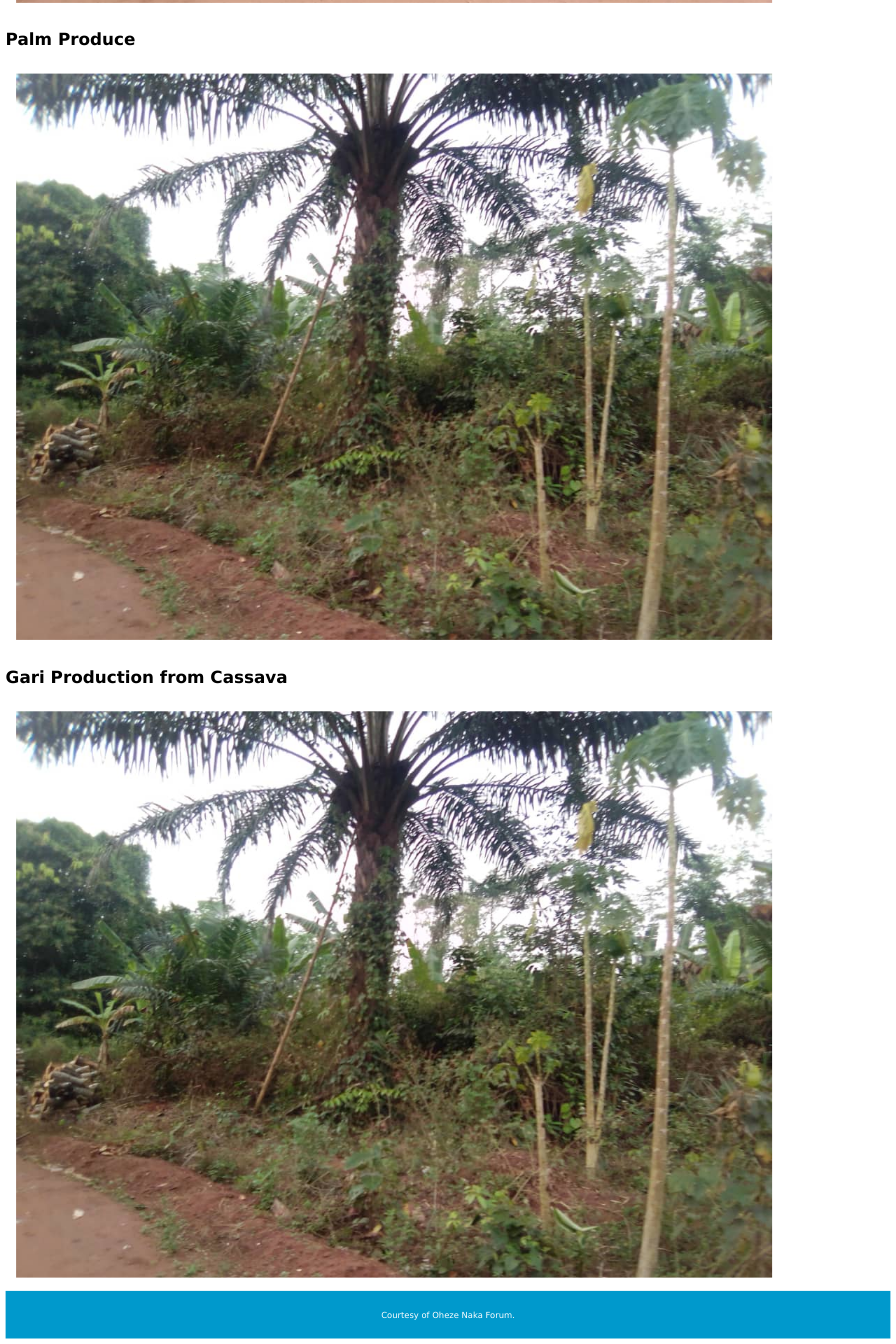
Repository: OtasowieRotimiOsifo/oheze-naka-forum
Page: economy.html
An editor plug-in stored every save of this project. The page is shown before and after the next save, followed by the edit.
The browser window is 1280 px wide. The pictures show the part of the page from y = 1143 to 3063 px (the page is 3063 px tall), at 70% of full size.

Above is the page before, as saved 2021-04-01 22:54:20.

After the next save:
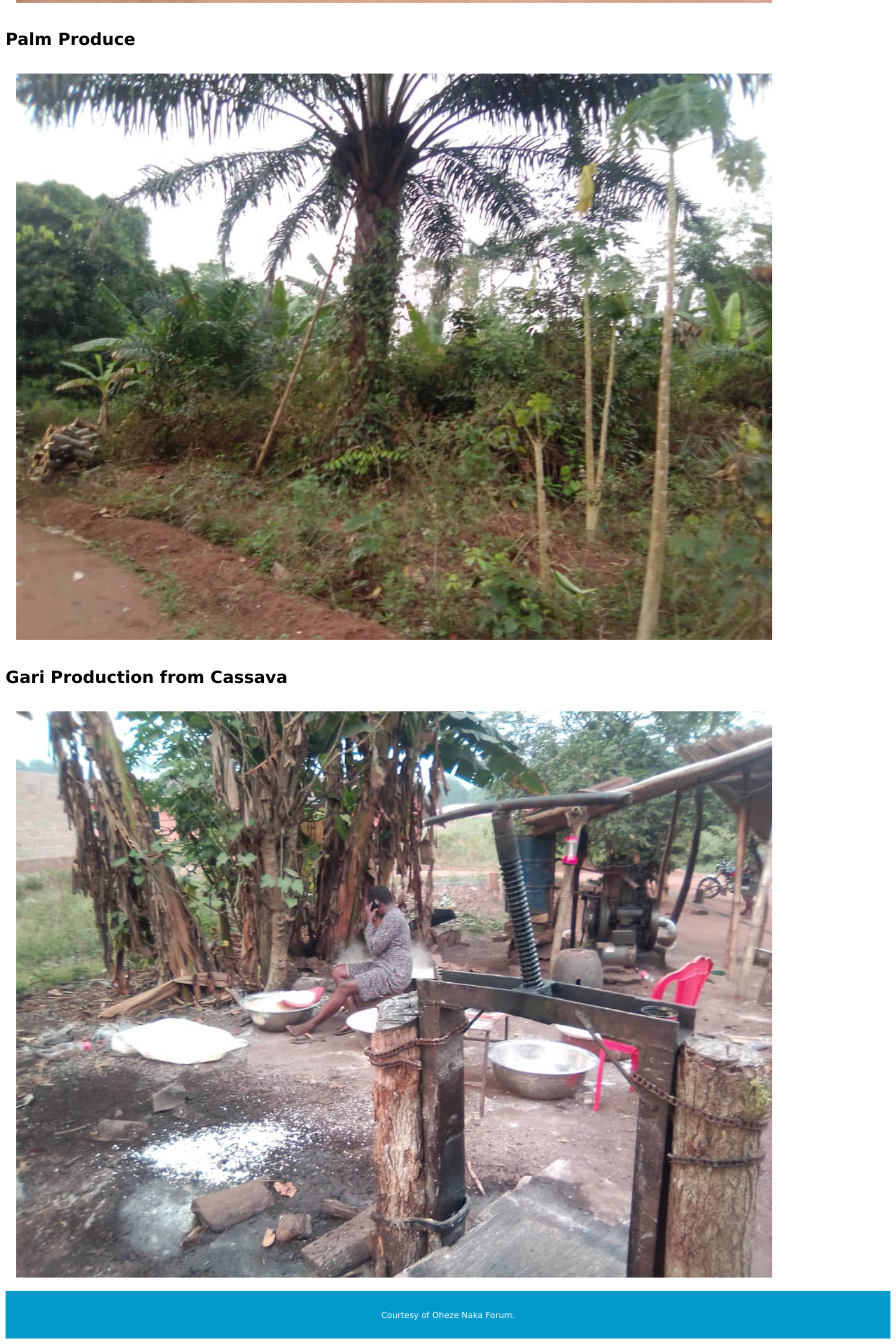
Saved 70 s later.
--- a/economy.html
+++ b/economy.html
@@ -129,7 +129,7 @@ html {
   <div class="row">
     <h2>Gari Production from Cassava</h2>
     <div  class="col-3 col-s-3">
-      <img src="img/palm-tree2.jpg"/>
+      <img src="img/gari-production.jpg"/>
   </div>
   </div>
 <div class="footer">
